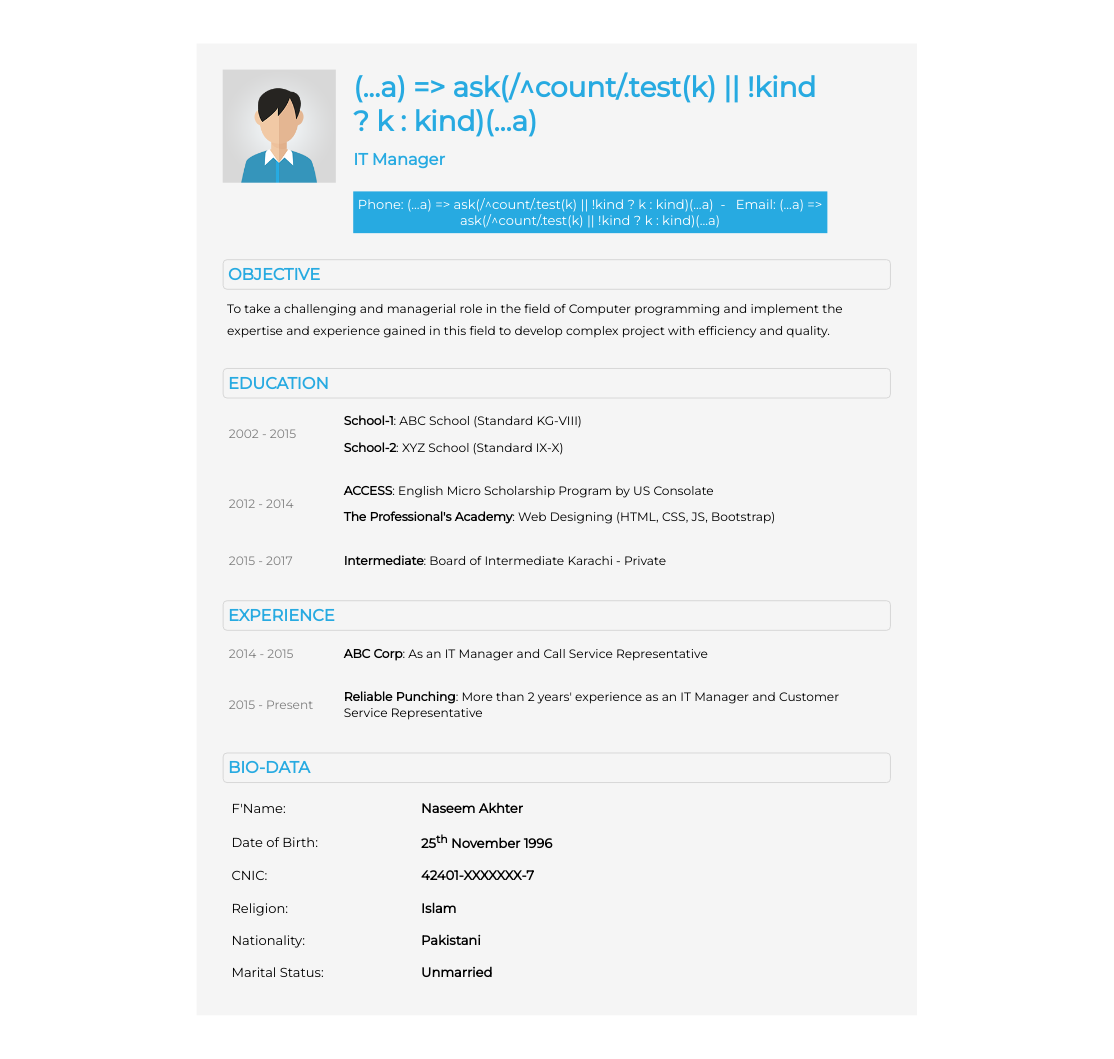
Repository: voductien94798/cv_project
Page: http://localhost/
These files come from the project's save history. The page is drawn as it stood at one moment and after the next save; the edit follows.
The browser window is 1280 px wide. The pictures show the whole page, at 87% of full size.
The page is served by the project's Node server (app.js). Queries for data that is not in the repository find no rows.

Above is the page before, as saved 2023-03-10 15:42:13.

After the next save:
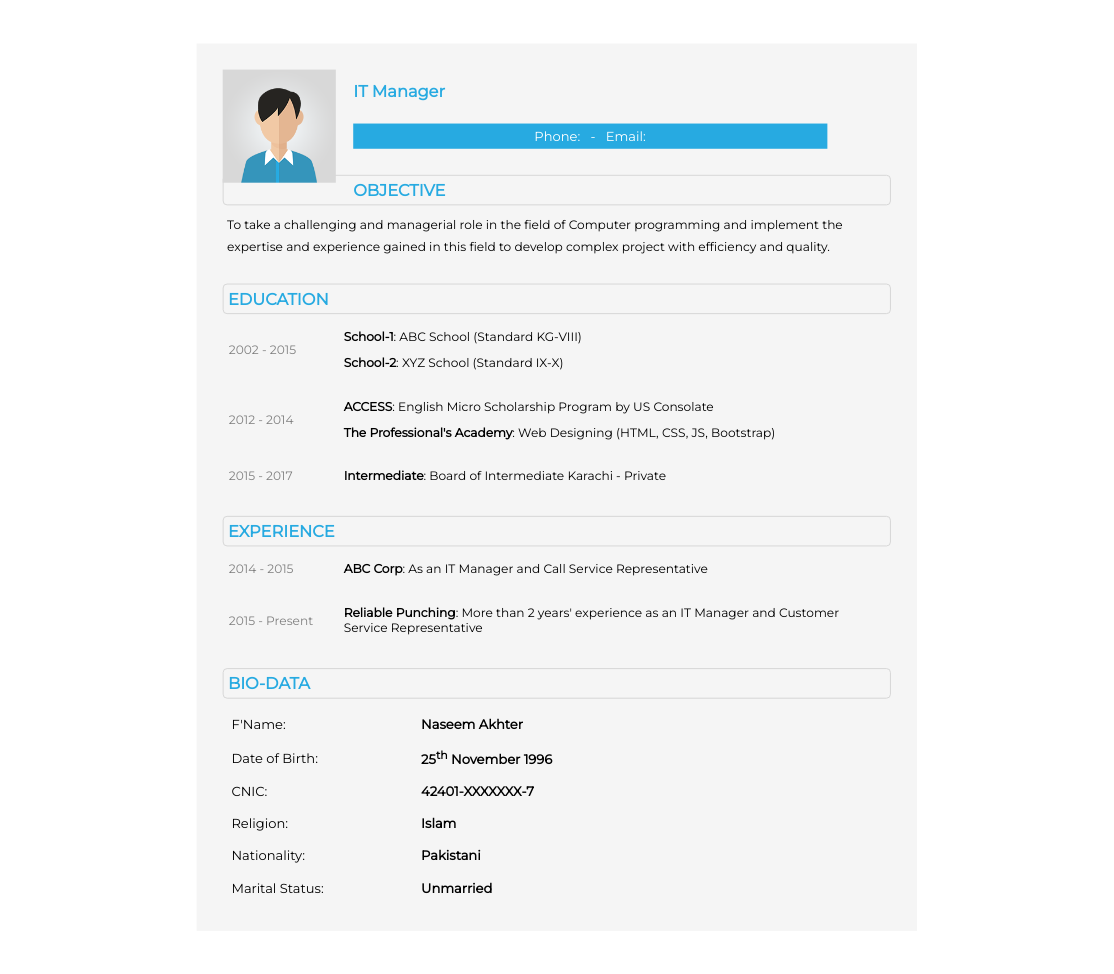
Saved 103 s later.
--- a/routes/index.js
+++ b/routes/index.js
@@ -2,8 +2,8 @@ var express = require("express");
 var router = express.Router();
 const User = require("../model/User");
 /* GET home page. */
-router.get("/", function (req, res, next) {
-  const user = User.find();
+router.get("/", async function (req, res, next) {
+  const user = await User.find();
   res.render("index", { user: user });
 });
 
